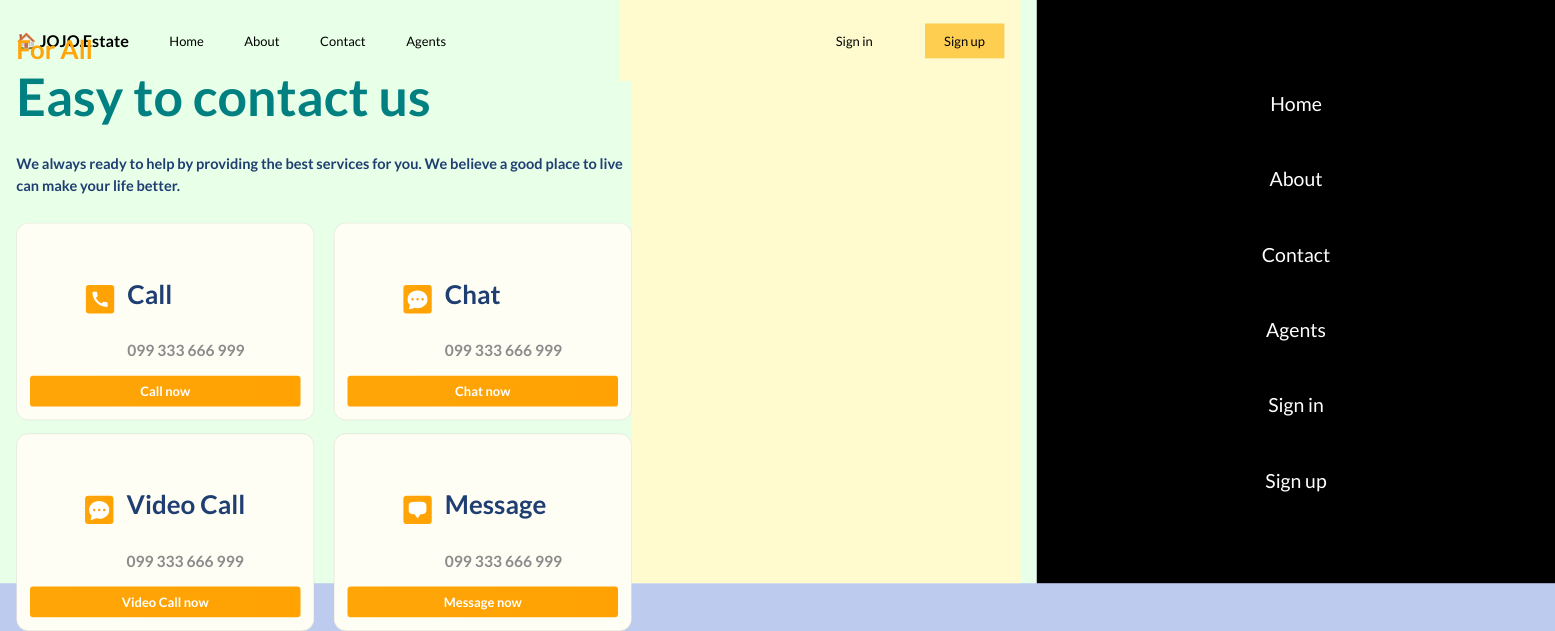
Repository: AiTrinh303/JOJO-estate
Page: /contact (app in client/)
These files come from the project's save history. The page is drawn as it stood at one moment and after the next save; the edit follows.
The browser window is 1280 px wide. The page is 1920 px wide, so the pictures cover 1920 px, including what lies to the right of the window. The pictures show the whole page, at 81% of full size.
The page's requests for data from a server got no answer. The project was rebuilt for these pictures with package versions that can differ from the ones it lists, and the page was loaded fresh each time. No one was signed in, and anything a server would have sent is missing. Also part of the build but not shown: client/vite.config.js, client/src/components/searchBar/searchBar.scss, client/src/components/searchBar/SearchBar.jsx, client/src/routes/homePage/homePage.scss, client/src/routes/homePage/homePage.jsx, client/src/routes/listPage/listPage.scss, client/src/components/filter/filter.scss, client/src/components/filter/Filter.jsx and 30 more. Imported but missing from the stored project, and not drawn on this page: client/src/components/uploadWidget/UploadWidget.

Above is the page before, as saved 2024-10-15 15:04:21.

After the next save:
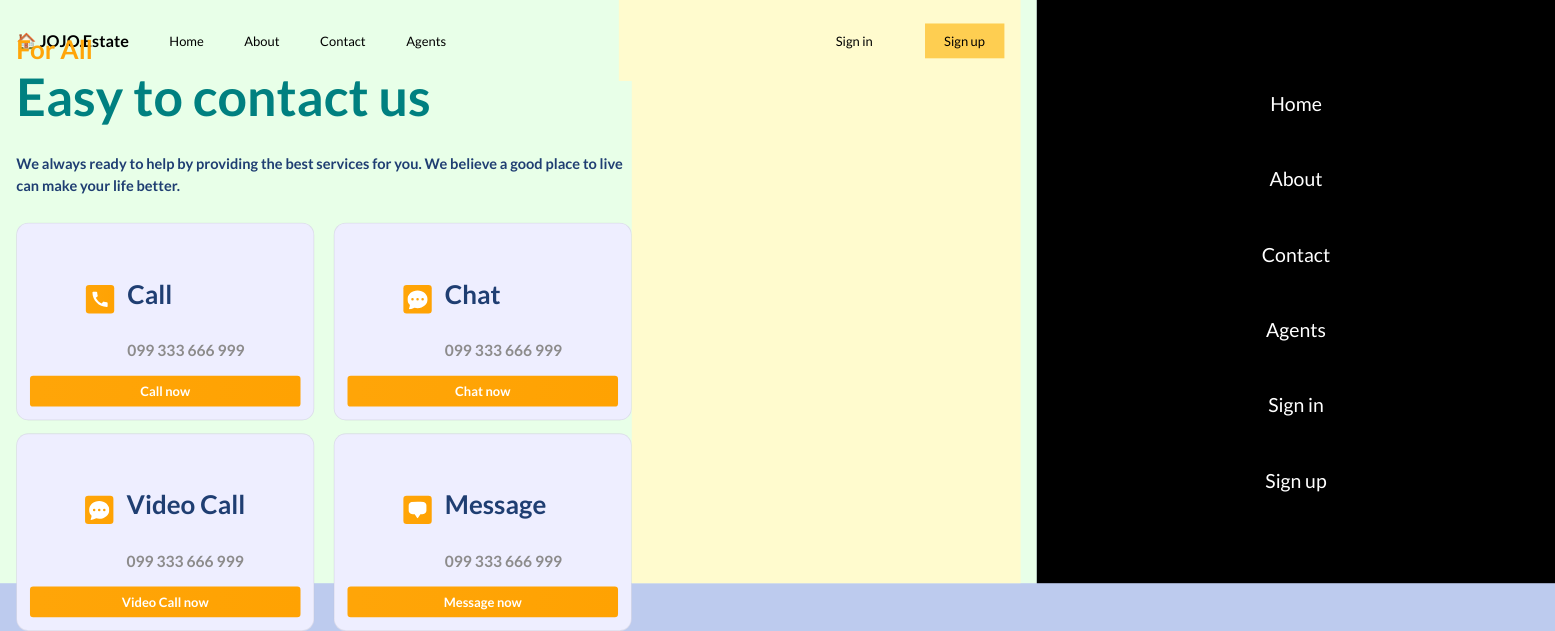
Saved 40 s later.
--- a/client/src/routes/contactPage/contactPage.scss
+++ b/client/src/routes/contactPage/contactPage.scss
@@ -54,7 +54,7 @@
                 border-radius: 15px;
                 gap: 1rem;
                 transition: all 300ms ease-in;
-                background: #FFFEF4;
+                background: #EEEEFF;
                 .flexStart{
                     display: flex;
                     justify-content: flex-start;
